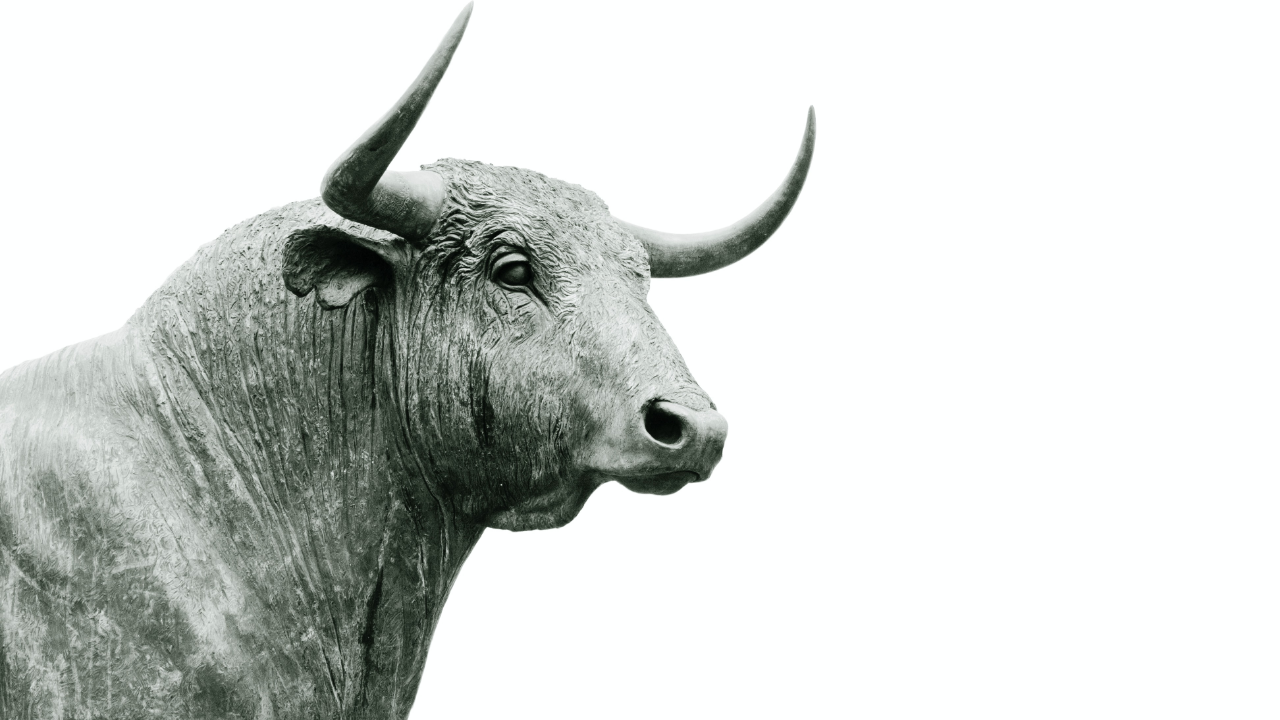
Repository: jmokate/stock-trading-app
Page: /
These files come from the project's save history. The page is drawn as it stood at one moment and after the next save; the edit follows.
The browser window is 1280 px wide. The pictures show the whole page.
The project was rebuilt for these pictures with package versions that can differ from the ones it lists, and the page was loaded fresh each time.

Above is the page before, as saved 2021-09-14 17:53:33.

### src/App.js
import './App.css';
import SplashPage from './SplashPage.js';

function App() {
  return (
    <div>
      <SplashPage />
    </div>
  );
}

export default App;

### src/App.css
body {
	background: url("./images/bull.jpg");
	background-position: center center;
	background-repeat: no-repeat;
	background-attachment: fixed;
	background-size: cover;
}

/* .landing-text {
	text-align: center;
	margin-left: 500px;
} */

/* .img-size {
	max-width: 100%;
	max-height: 100%;
} */
/* figcaption {
	position: absolute;
	bottom: 10rem;
	margin: 0 2rem;
} */

### src/SplashPage.js
import React from "react";
import './App.css';
import 'bootstrap/dist/css/bootstrap.min.css';
import {Container} from 'react-bootstrap';
import bull from "./images/bull.jpg";


function SplashPage() {
  return (
    <div>
      <Container>
          {/* <figure className="position-relative">
           <img src={bull} alt="bull" className="img-fluid" />
           <figcaption>
             <h1>bull trader</h1>
           </figcaption>
          </figure> */}

      </Container>

    </div>
  )
}

export default SplashPage

Loaded but not shown: public/index.html (common file); src/index.js (common file); src/index.css (common file); src/reportWebVitals.js (common file)

After the next save:
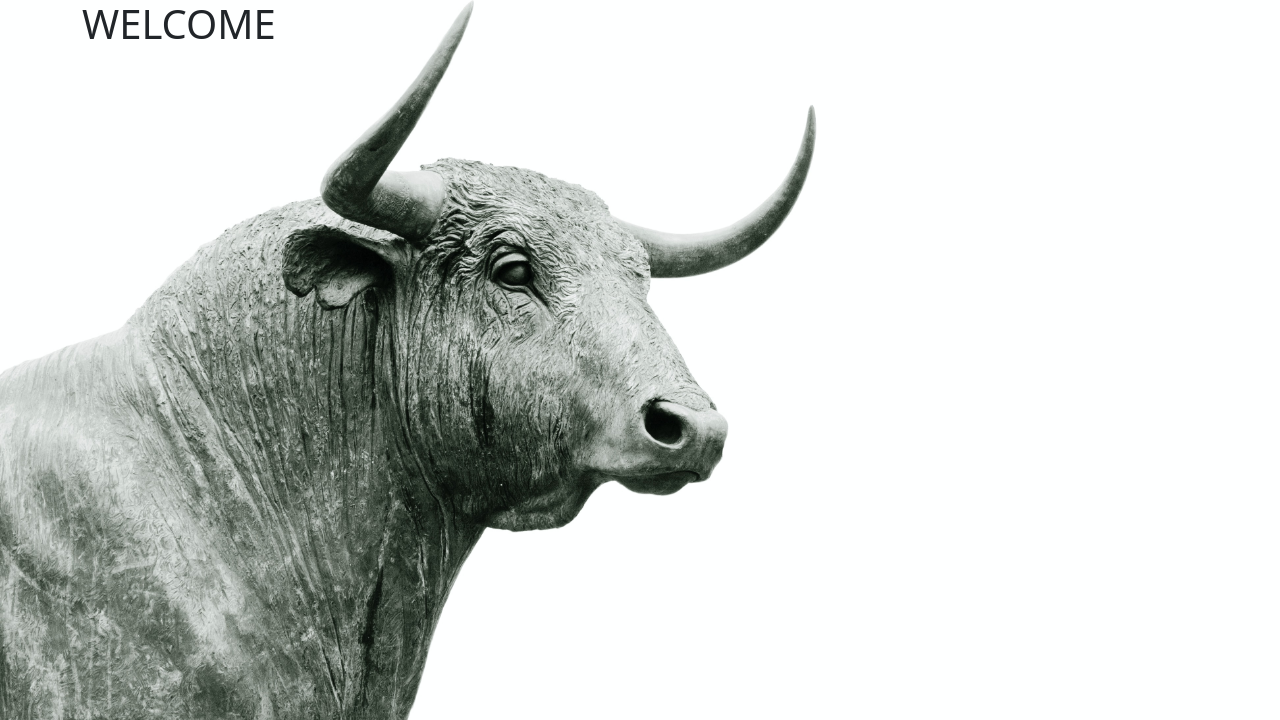
Saved 3 min 22 s later.
--- a/src/SplashPage.js
+++ b/src/SplashPage.js
@@ -9,12 +9,7 @@
   return (
     <div>
       <Container>
-          {/* <figure className="position-relative">
-           <img src={bull} alt="bull" className="img-fluid" />
-           <figcaption>
-             <h1>bull trader</h1>
-           </figcaption>
-          </figure> */}
+          <h1>WELCOME</h1>
 
       </Container>
 

After the save that followed:
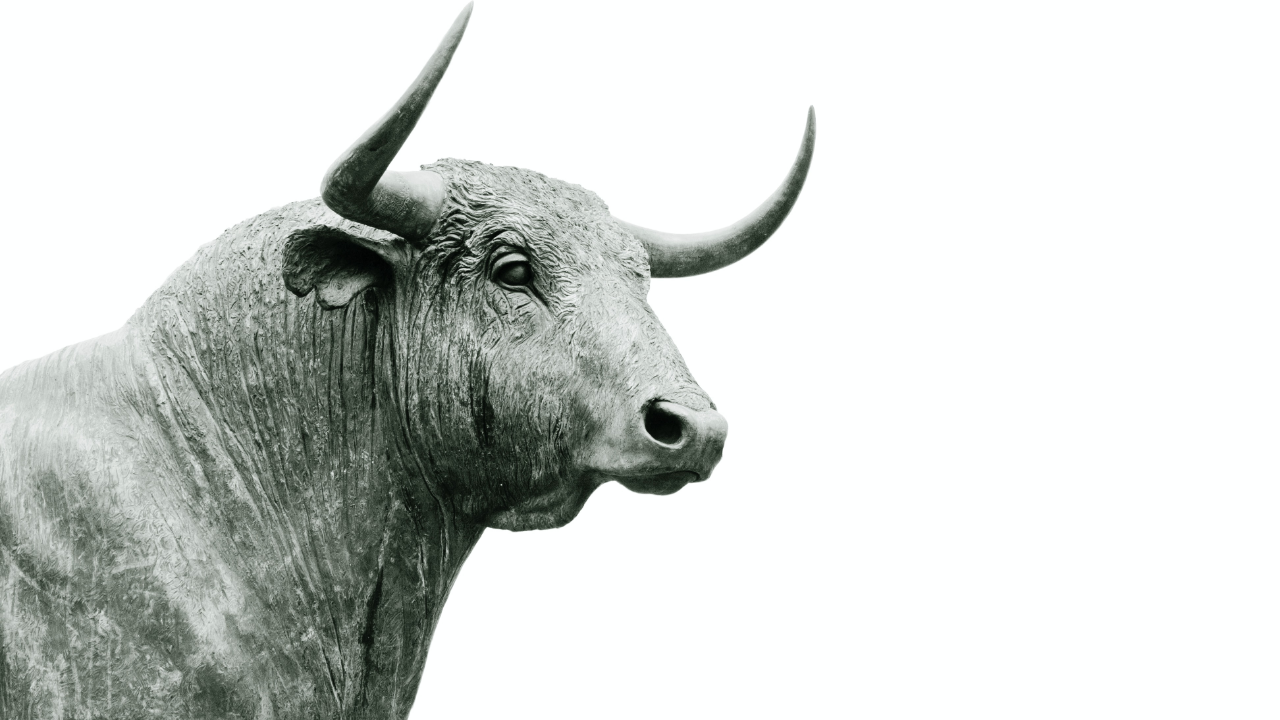
Saved 63 s later.
--- a/src/SplashPage.js
+++ b/src/SplashPage.js
@@ -9,7 +9,7 @@
   return (
     <div>
       <Container>
-          <h1>WELCOME</h1>
+          <h1></h1>
 
       </Container>
 
